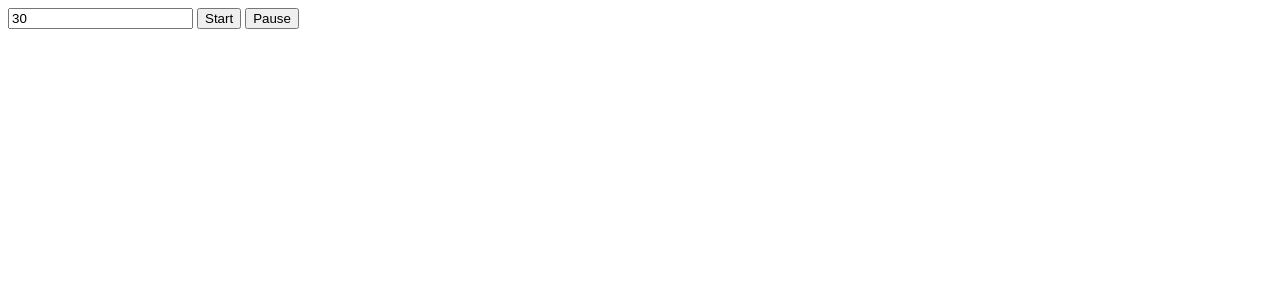
Repository: zhapar/JS-Bootcamp
Page: 1. Timer/index.html
An editor plug-in stored every save of this project. The page is shown before and after the next save, followed by the edit.
The browser window is 1280 px wide. The pictures show the whole page.

Above is the page before, as saved 2020-07-08 15:36:19.

### 1. Timer/index.html
<!DOCTYPE html>
<html lang="en">

<head>
  <meta charset="UTF-8">
  <meta name="viewport" content="width=device-width, initial-scale=1.0">
  <title>Timer</title>
</head>

<body>
  <input type="text" id="duration" value="30">
  <button id="start">Start</button>
  <button id="pause">Pause</button>

  <script src="timer.js"></script>
  <script src="app.js"></script>
</body>

</html>

### 1. Timer/timer.js
class Timer {
  constructor(durationInput, startButton, pauseButton, callbacks) {
    this.durationInput = durationInput;
    this.startButton = startButton;
    this.pauseButton = pauseButton;

    if (callbacks) {
      this.onStart = callbacks.onStart;
      this.inTick = callbacks.inTick;
      this.onComplete = callbacks.onComplete;
    }

    this.startButton.addEventListener("click", this.start);
    this.pauseButton.addEventListener("click", this.pause);
  }

  // To start a timer
  start = () => {
    if (this.onStart) {
      this.onStart();
    }
    this.tick();
    this.interval = setInterval(this.tick, 1000);
  };

  // To pause a timer
  pause = () => {
    clearInterval(this.interval);
  };

  // To countdown timer
  tick = () => {
    if (this.timeRemaining <= 0) {
      this.pause();
      if (this.onComplete) {
        this.onComplete();
      }
    } else {
      this.timeRemaining = this.timeRemaining - 1;
      this.inTick();
    }
  };

  get timeRemaining() {
    return parseFloat(this.durationInput.value);
  }

  set timeRemaining(time) {
    this.durationInput.value = time;
  }
}

### 1. Timer/app.js
// Get button on DOM
const durationInput = document.querySelector("#duration");
const startButton = document.querySelector("#start");
const pauseButton = document.querySelector("#pause");

const timer = new Timer(durationInput, startButton, pauseButton, {
  onStart() {
    console.log("Timer started!");
  },
  inTick() {
    console.log("Timer just ticked down");
  },
  onComplete() {
    console.log("Timer is completed");
  },
});

After the next save:
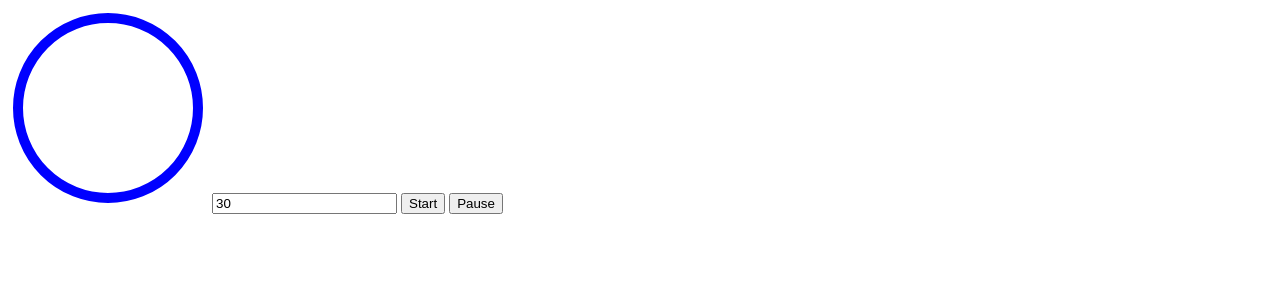
Saved 25 h 6 min later.
--- a/1. Timer/index.html
+++ b/1. Timer/index.html
@@ -1,19 +1,29 @@
 <!DOCTYPE html>
 <html lang="en">
+  <head>
+    <meta charset="UTF-8" />
+    <meta name="viewport" content="width=device-width, initial-scale=1.0" />
+    <title>Timer</title>
+  </head>
 
-<head>
-  <meta charset="UTF-8">
-  <meta name="viewport" content="width=device-width, initial-scale=1.0">
-  <title>Timer</title>
-</head>
+  <body>
+    <svg height="200" width="200">
+      <circle
+        r="90"
+        cx="100"
+        cy="100"
+        fill="transparent"
+        stroke="blue"
+        stroke-width="10"
+        stroke-dasharray="565"
+        stroke-dasharrray="0"
+      />
+    </svg>
+    <input type="text" id="duration" value="30" />
+    <button id="start">Start</button>
+    <button id="pause">Pause</button>
 
-<body>
-  <input type="text" id="duration" value="30">
-  <button id="start">Start</button>
-  <button id="pause">Pause</button>
-
-  <script src="timer.js"></script>
-  <script src="app.js"></script>
-</body>
-
+    <script src="timer.js"></script>
+    <script src="app.js"></script>
+  </body>
 </html>
